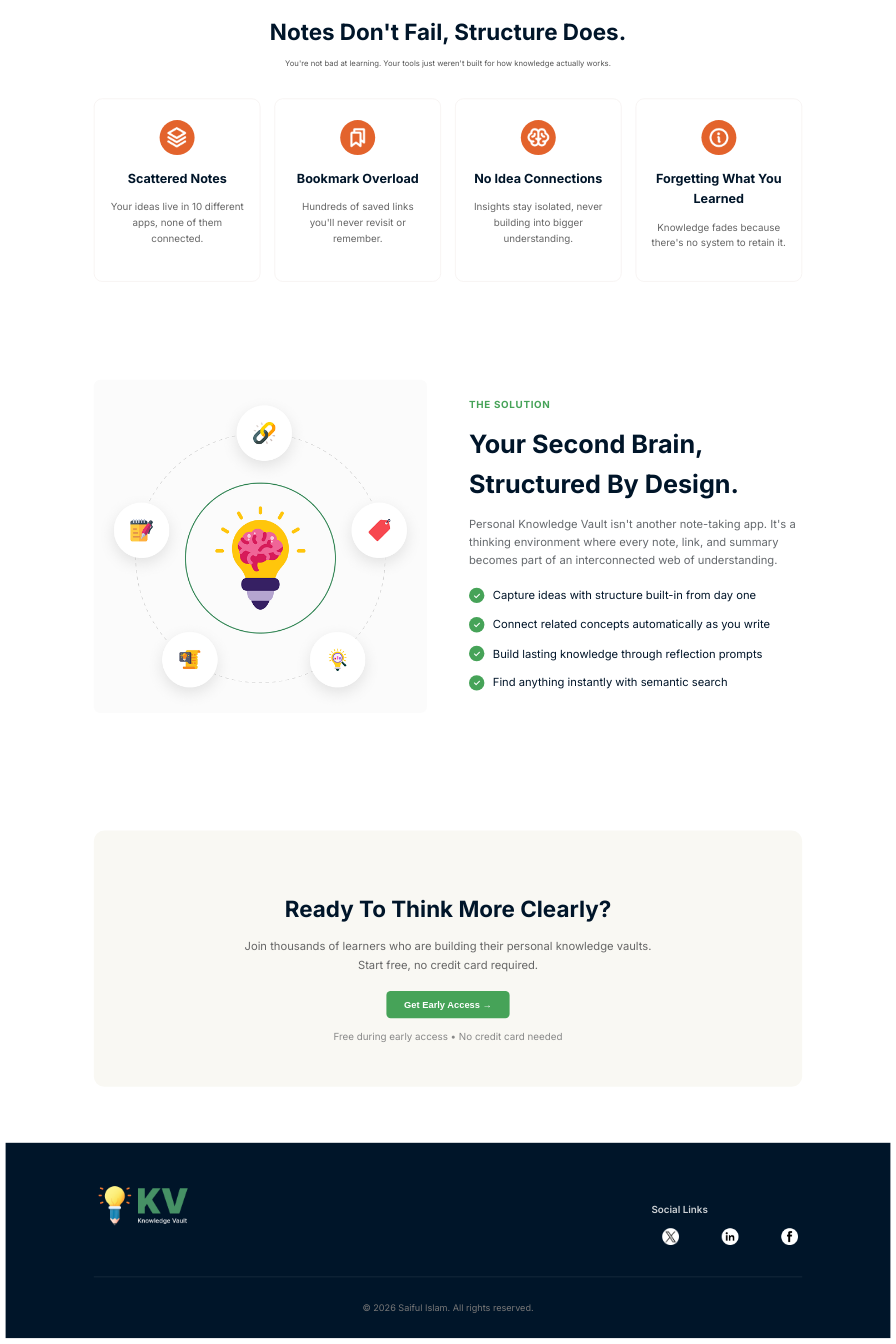
Repository: Saiful21Islam/my-fast-devel
Page: index.html
These files come from the project's save history. The page is drawn as it stood at one moment and after the next save; the edit follows.
The browser window is 1280 px wide. The pictures show the part of the page from y = 681 to 2601 px (the page is 2601 px tall), at 70% of full size.

Above is the page before, as saved 2026-01-31 14:50:36.

After the next save:
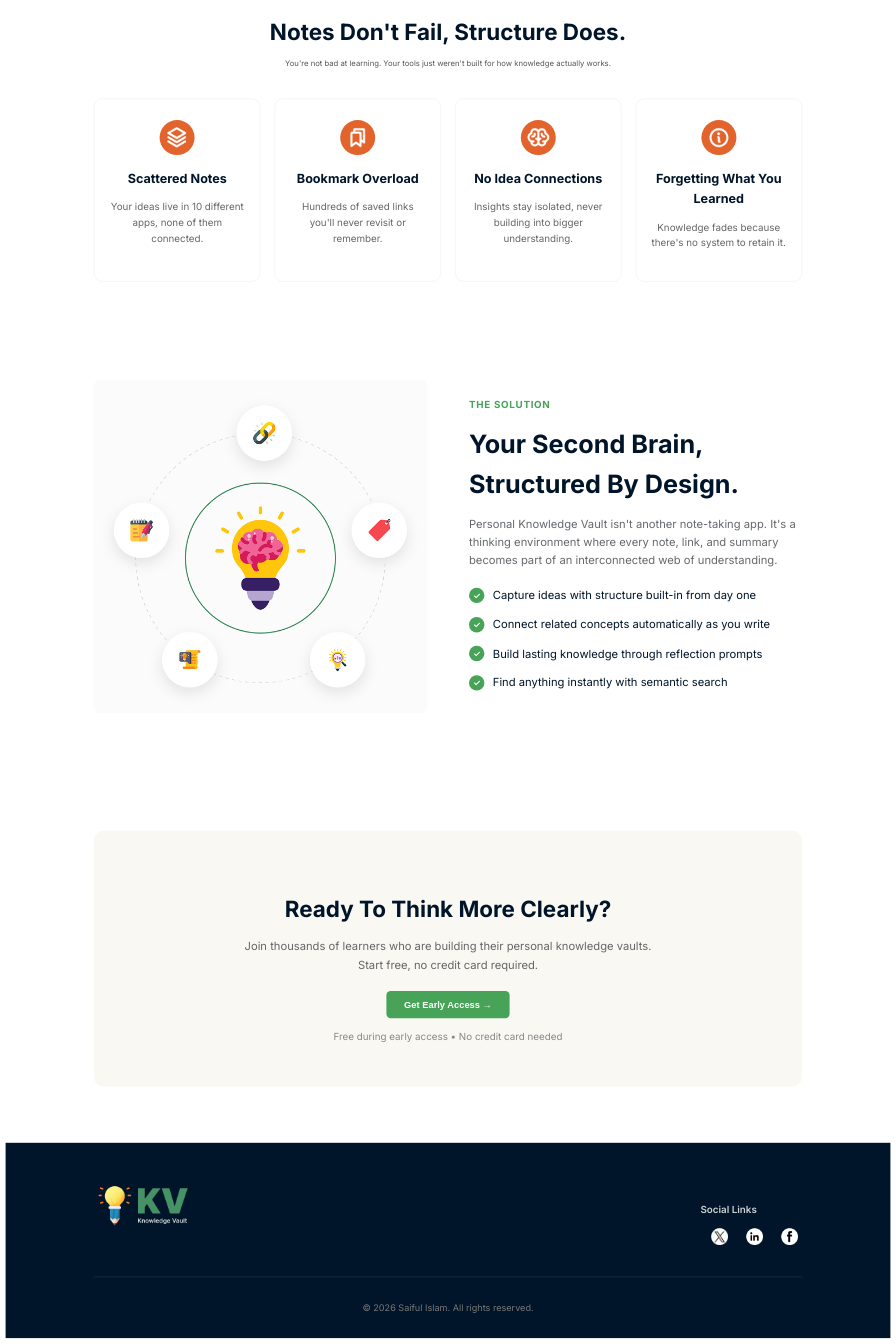
Saved 12 s later.
--- a/style.css
+++ b/style.css
@@ -366,7 +366,7 @@ h1 {
     text-align: left;
     display: flex;
     justify-content: flex-end;
-    gap: 40px;
+    gap: 5px;
 }
 .icons a {
     display: flex;
